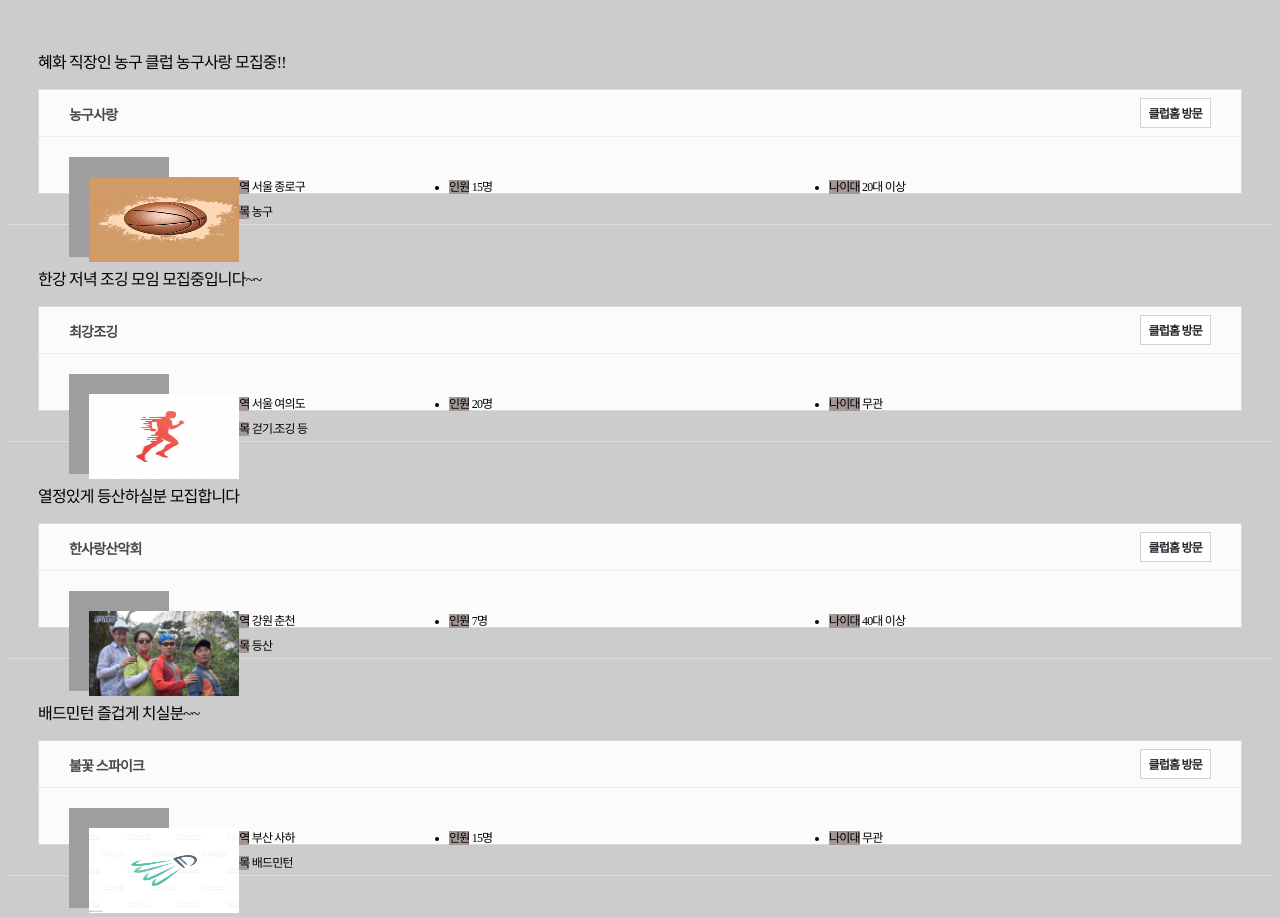
Repository: jaemin333/study
Page: club.html
An editor plug-in stored every save of this project. The page is shown before and after the next save, followed by the edit.
The browser window is 1280 px wide. The pictures show the whole page.
Pictures or frames that could not be fetched are drawn as grey boxes.

Above is the page before, as saved 2021-07-02 21:24:29.

### club.html
<!DOCTYPE html>
<html lang="ko">
<head>
    <meta charset="UTF-8">
    <meta http-equiv="X-UA-Compatible" content="IE=edge">
    <meta name="viewport" content="width=device-width, initial-scale=1.0">
    <link rel ="stylesheet" type = "text/css" href = "style.css">
    <title>club</title>
</head>
<body>
    <div class = "clubList">
    <div class = "clubBox">
        <p class = "clubTip">
            <a>혜화 직장인 농구 클럽 농구사랑 모집중!!</a>
        </p>
    <div class ="cbClubName">
        <a>농구사랑</a>
        <a class ="iButton">클럽홈 방문</a>
    </div>

    <div class ="cbInfo">
        <div class="cbMark">
            <span class="clubmark">
                <img src = "bask.png" width="150" height="85">
        </div>
    <ul>
        <li>
            <span class = "info dark">지역</span>
             서울 종로구
        </li>
        <li style = "width:380px;">
            <span class = "info dark">인원</span>
             15명
        </li>
        <li style = "width:380px;">
            <span class = "info dark">나이대</span>
             20대 이상
        </li>
        <li style = "width:380px;">
            <span class = "info dark">종목</span>
             농구
        </li>
    </ul>
    </div>
    </div>
    </div>

    <div class = "clubList">
        <div class = "clubBox">
            <p class = "clubTip">
                <a>한강 저녁 조깅 모임 모집중입니다~~</a>
            </p>
        <div class ="cbClubName">
            <a>최강조깅</a>
            <a class ="iButton">클럽홈 방문</a>
        </div>

        <div class ="cbInfo">
            <div class="cbMark">
                <span class="clubmark">
                    <img src = "run.jpg" width="150" height="85">
            </div>
        <ul>
            <li>
                <span class = "info dark">지역</span>
                 서울 여의도
            </li>
            <li style = "width:380px;">
                <span class = "info dark">인원</span>
                 20명
            </li>
            <li style = "width:380px;">
                <span class = "info dark">나이대</span>
                 무관
            </li>
            <li style = "width:380px;">
                <span class = "info dark">종목</span>
                 걷기.조깅 등
            </li>
        </ul>
        </div>
        </div>
        </div>

        <div class = "clubList">
            <div class = "clubBox">
                <p class = "clubTip">
                    <a>열정있게 등산하실분 모집합니다</a>
                </p>
            <div class ="cbClubName">
                <a>한사랑산악회</a>
                <a class ="iButton">클럽홈 방문</a>
            </div>

            <div class ="cbInfo">
                <div class="cbMark">
                    <span class="clubmark">
                        <img src = "hike.png" width="150" height="85">
                </div>
            <ul>
                <li>
                    <span class = "info dark">지역</span>
                     강원 춘천
                </li>
                <li style = "width:380px;">
                    <span class = "info dark">인원</span>
                     7명
                </li>
                <li style = "width:380px;">
                    <span class = "info dark">나이대</span>
                     40대 이상
                </li>
                <li style = "width:380px;">
                    <span class = "info dark">종목</span>
                     등산
                </li>
            </ul>
            </div>
            </div>
            </div>


            <div class = "clubList">
                <div class = "clubBox">
                    <p class = "clubTip">
                        <a>배드민턴 즐겁게 치실분~~</a>
                    </p>
                <div class ="cbClubName">
                    <a>불꽃 스파이크</a>
                    <a class ="iButton">클럽홈 방문</a>
                </div>

                <div class ="cbInfo">
                    <div class="cbMark">
                        <span class="clubmark">
                            <img src = "badminton.jpg" width="150" height="85">
                    </div>
                <ul>
                    <li>
                        <span class = "info dark">지역</span>
                         부산 사하
                    </li>
                    <li style = "width:380px;">
                        <span class = "info dark">인원</span>
                         15명
                    </li>
                    <li style = "width:380px;">
                        <span class = "info dark">나이대</span>
                         무관
                    </li>
                    <li style = "width:380px;">
                        <span class = "info dark">종목</span>
                         배드민턴
                    </li>
                </ul>
                </div>
                </div>
                </div>








</body>
</html>

### style.css
div {
    display:block;
}



body {
    background-color: #ccc;
    word-break: break-all;
    -ms-word-break: break-all;
    letter-spacing: -0.050em;
}


.clubBox{
    position: relative;
    padding: 25px 30px 30px 30px;
    border-bottom: 1px solid #dddddd;
}


ul{
    display: block;
    margin-block-start: 1em;
    margin-block-end: 1em;
    margin-inline-start: 0px;
    margin-inline-end: 0px;
    padding-inline-start: 40px;
}

.clubBox li .info.dark{
    background-color: #a39895;
}

.iButton {
    display: inline-block;
    height: 18px;
    padding: 5px 8px;
    font-size: 12px;
    font-weight: bold;
    color: #24272c;
    text-align: center;
    background-color: white;
    border: 1px solid #d4d1d1;
}

.clubBox .iButton {
    position: absolute;
    top: 8px;
    right: 30px;
}

li {
    display: list-item;
    text-align: -webkit-match-parent;
}

.clubBox .cbInfo li {
    float: left;
    width: 220px;
    margin: 4px 0 3px 0;
    font-size: 12px;
    color: black;
}

.cbClubName {
    padding-bottom: 10px;
}

.clubBox .cbInfo {
    position: relative;
    padding: 20px;
    padding-left: 150px;
    border: 1px solid #dadada;
    border-top: 0;
    background-color: #fbfbfb;
}

.clubBox .clubTit {
    margin-bottom: 15px;
    font-size: 16px;
    font-weight: bold;
    color: black;
}

p {
    display: block;
    margin-block-start: 1em;
    margin-block-end: 1em;
    margin-inline-start: 0px;
    margin-inline-end: 0px;
}

.clubBox .cbClubName {
    position: relative;
    padding: 14px 30px 12px 30px;
    font-size: 14px;
    font-weight: bold;
    color: #4b4846;
    border: 1px solid #dadada;
    border-bottom: 1px dotted #dddddd;
    background-color: #fbfbfb;
}

.clubBox .cbMark {
    position: absolute;
    top: 20px;
    left: 30px;
    background: url(https://img.sa.nexon.com/assets/clan/clamark_bg.jpg) no-repeat;
    width: 60px;
    height: 60px;
    padding: 20px 20px;
}

After the next save:
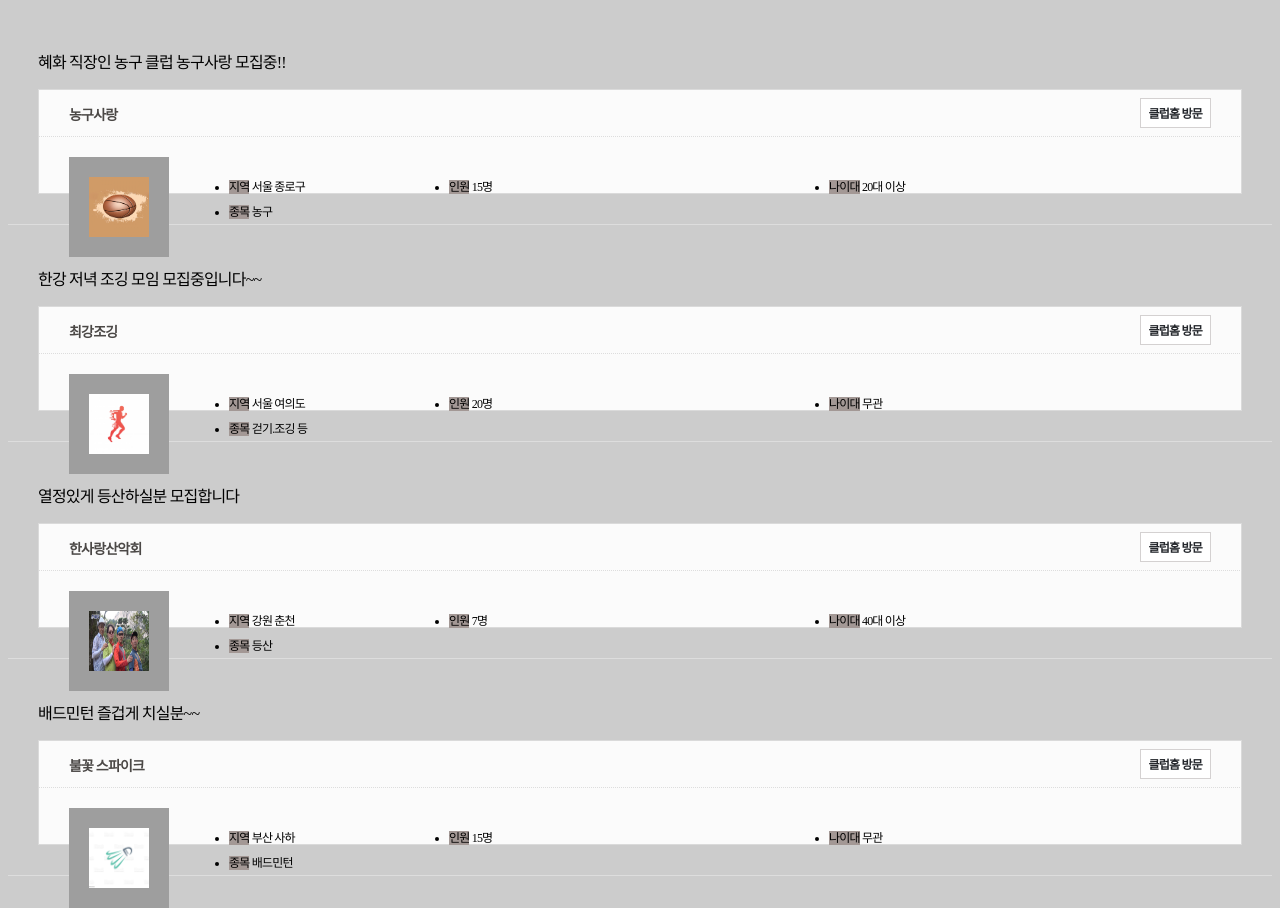
Saved 64 s later.
--- a/club.html
+++ b/club.html
@@ -21,7 +21,7 @@
     <div class ="cbInfo">
         <div class="cbMark">
             <span class="clubmark">
-                <img src = "bask.png" width="150" height="85">
+                <img src = "bask.png" width="60" height=60">
         </div>
     <ul>
         <li>
@@ -58,7 +58,7 @@
         <div class ="cbInfo">
             <div class="cbMark">
                 <span class="clubmark">
-                    <img src = "run.jpg" width="150" height="85">
+                    <img src = "run.jpg" width="60" height="60">
             </div>
         <ul>
             <li>
@@ -95,7 +95,7 @@
             <div class ="cbInfo">
                 <div class="cbMark">
                     <span class="clubmark">
-                        <img src = "hike.png" width="150" height="85">
+                        <img src = "hike.png" width="60" height="60">
                 </div>
             <ul>
                 <li>
@@ -133,7 +133,7 @@
                 <div class ="cbInfo">
                     <div class="cbMark">
                         <span class="clubmark">
-                            <img src = "badminton.jpg" width="150" height="85">
+                            <img src = "badminton.jpg" width="60" height="60">
                     </div>
                 <ul>
                     <li>
